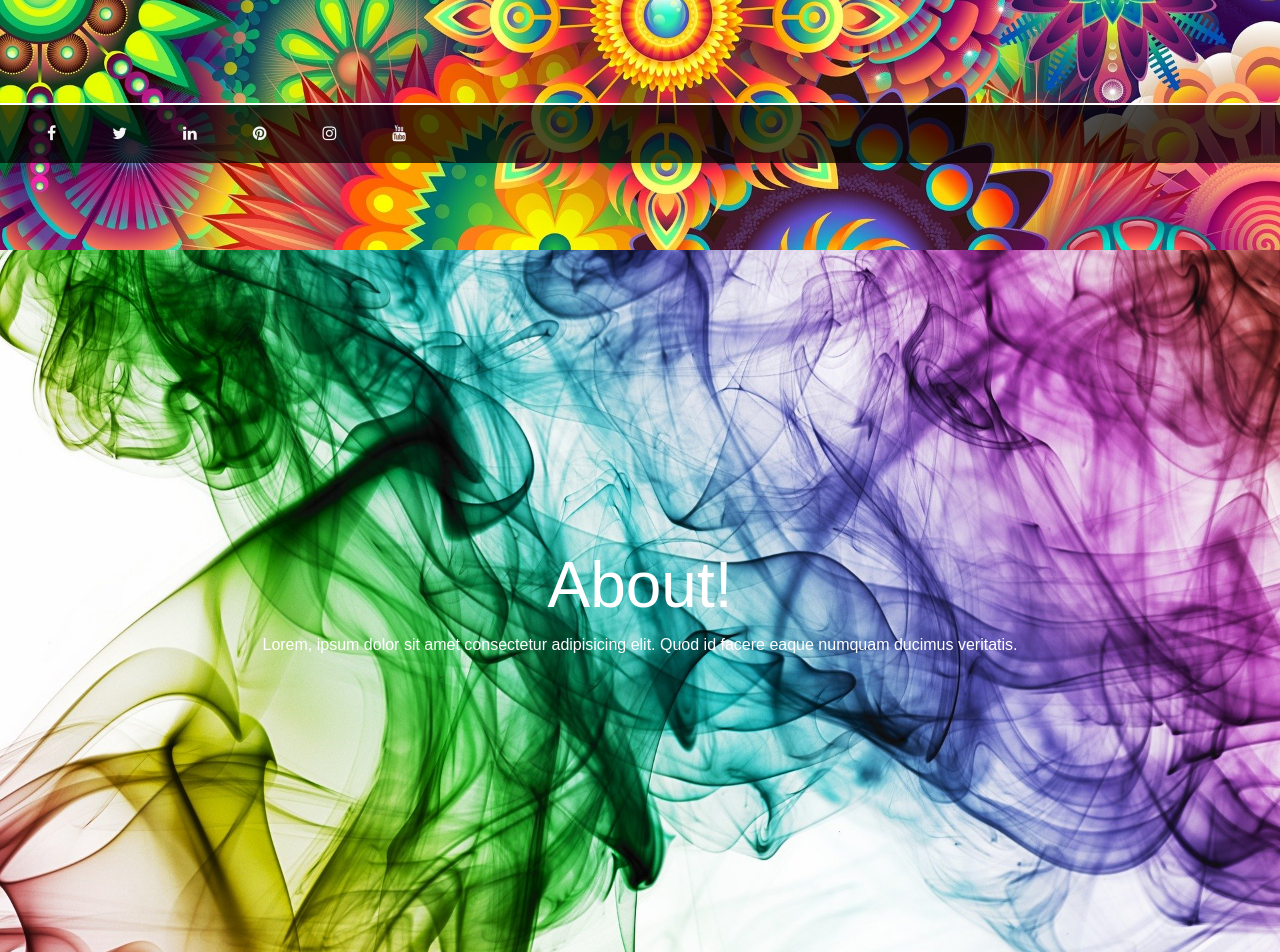
Repository: lemon-squeezy/milestone-project-1
Page: index.html
The author's editor kept a record of every edit. The page is drawn from the files as they stood at one moment, then again after the next edit.
The browser window is 1280 px wide. The pictures show the part of the page from y = 557 to 1509 px (the page is 2967 px tall before and 807 px after).
An inner scrolling area shows only its first screen. Some web libraries are served in a nearby version.

Above is the page before.

After the next edit:
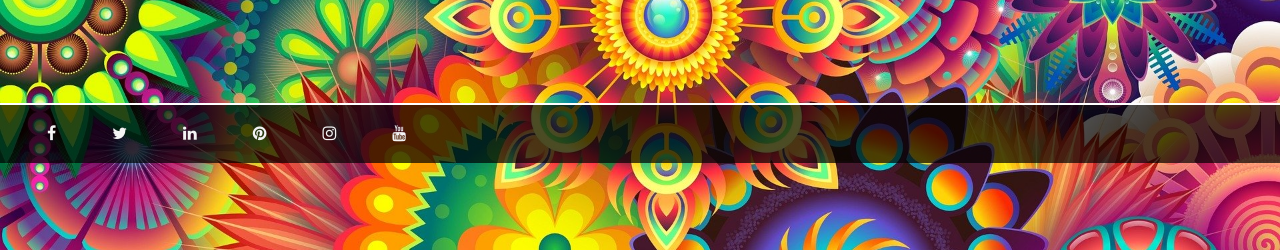
The edit:
--- a/index.html
+++ b/index.html
@@ -14,32 +14,30 @@
 <body>
 
 
-<nav class="navbar navbar-expand-lg navbar-light bg-dark sticky-top">
-  <button class="navbar-toggler" type="button" data-toggle="collapse" data-target="#navbarTogglerDemo03" aria-controls="navbarTogglerDemo03" aria-expanded="false" aria-label="Toggle navigation">
+    <nav class="navbar navbar-expand-lg navbar-light bg-dark sticky-top">
+        <button class="navbar-toggler" type="button" data-toggle="collapse" data-target="#navbarTogglerDemo03" aria-controls="navbarTogglerDemo03" aria-expanded="false" aria-label="Toggle navigation">
     <span class="navbar-toggler-icon"></span>
   </button>
-  <a class="navbar-brand" href="#"><img src="images/Logo.jpg"></a>
+        <a class="navbar-brand" href="#"><img src="images/Logo.jpg"></a>
 
-  <div class="collapse navbar-collapse" id="navbarTogglerDemo03">
-    <ul class="navbar-nav mr-auto mt-2 mt-lg-0">
-      <li class="nav-item active">
-        <a class="nav-link" href="#">Home <span class="sr-only">(current)</span></a>
-      </li>
-      <li class="nav-item">
-        <a class="nav-link" href="#">Link</a>
-      </li>
-      <li class="nav-item">
-        <a class="nav-link disabled" href="#">Disabled</a>
-      </li>
-    </ul>
+        <div class="collapse navbar-collapse" id="navbarTogglerDemo03">
+            <ul class="navbar-nav mr-auto mt-2 mt-lg-0">
+                <li class="nav-item active">
+                    <a class="nav-link" href="#">Home <span class="sr-only">(current)</span></a>
+                </li>
+                <li class="nav-item">
+                    <a class="nav-link" href="#">Link</a>
+                </li>
+                <li class="nav-item">
+                    <a class="nav-link disabled" href="#">Disabled</a>
+                </li>
+            </ul>
 
-  </div>
-</nav>
+        </div>
+    </nav>
 
 
-
-
-
+    <div class="row container-fluid no-gutters">
 
         <section id="home" class="row no-gutters">
             <h1 class="display-3">Design adds value faster than it adds costs.</h1>
@@ -99,7 +97,7 @@
                 </ul>
                 </nav>
         </footer>
-    </div>
+        </div>
 
 </body>
 
